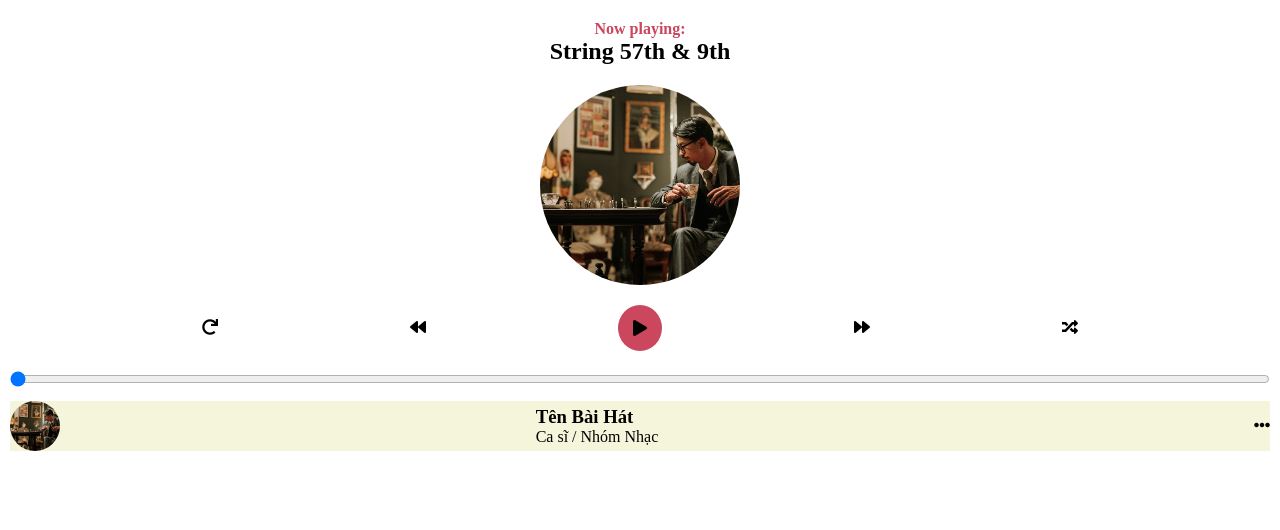
Repository: dovanthao2404/AppMusicPlayer
Page: index.html
An editor plug-in stored every save of this project. The page is shown before and after the next save, followed by the edit.
The browser window is 1280 px wide. The pictures show the whole page.

Above is the page before, as saved 2021-06-28 02:28:43.

### index.html
<!DOCTYPE html>
<html lang="en">

<head>
  <meta charset="UTF-8">
  <meta http-equiv="X-UA-Compatible" content="IE=edge">
  <meta name="viewport" content="width=device-width, initial-scale=1.0">
  <title>Music</title>
  <!-- FONTAWESOME -->
  <link rel="stylesheet" href="https://cdnjs.cloudflare.com/ajax/libs/font-awesome/5.15.3/css/all.min.css"
    integrity="sha512-iBBXm8fW90+nuLcSKlbmrPcLa0OT92xO1BIsZ+ywDWZCvqsWgccV3gFoRBv0z+8dLJgyAHIhR35VZc2oM/gI1w=="
    crossorigin="anonymous" referrerpolicy="no-referrer" />
  <!-- MAIN CSS -->
  <link rel="stylesheet" href="./css/app.css">
</head>

<body>
  <div class="player">
    <div class="dashboards">
      <!-- HEADER -->
      <header>
        <h4>Now playing:</h4>
        <h2>String 57th & 9th</h2>
      </header>

      <!-- CD -->
      <div id="cd" class="cd">
        <div class="thumb">
          <img src="./img/loinho.jpg" alt="">
        </div>
      </div>

      <!-- CONTROL -->
      <div class="controls" class="controls">
        <div class="btn btn-repeat">
          <i class="fa fa-redo"></i>
        </div>
        <div class="btn btn-prev">
          <i class="fa fa-backward"></i>
        </div>
        <div class="btn btn-toggle-play">
          <i class="fa fa-play"></i>
          <i class="fa fa-pause"></i>
        </div>
        <div class="btn btn-next">
          <i class="fa fa-forward"></i>
        </div>
        <div class="btn btn-random">
          <i class="fa fa-random"></i>
        </div>
      </div>

      <!-- PROGRESS -->
      <input id="progress" class="progress" value="0" step="1" min="0" max="100" type="range">

      <!-- AUDIO -->
      <audio id="audio" src=""></audio>

      <!-- PLAY LIST -->
      <div class="playlist">
        <div class="song">
          <div class="thumb">
            <img src="./img/loinho.jpg" alt="">
          </div>
          <div class="body">
            <h3 class="title">Tên Bài Hát</h3>
            <p class="author">Ca sĩ / Nhóm Nhạc</p>
          </div>
          <div class="option">
            <i class="fa fa-ellipsis-h"></i>
          </div>
        </div>
      </div>
    </div>
  </div>
  <script src="./js/app.js"></script>
</body>

</html>

### css/app.css
/* GLOBAL */
* {
  padding: 0;
  margin: 0;
  box-sizing: border-box;
}
/* PLAYER */
.dashboards {
  margin: 0 10px;
}
header {
  text-align: center;
  margin: 20px 0;
}
header h4 {
  color: rgb(202, 71, 93);
}
.cd {
  position: relative;
}
.cd .thumb {
  width: 200px;
  height: 200px;
  position: absolute;
  top: 50%;
  left: 50%;
  transform: translate(-50%);
}
.cd .thumb img {
  border-radius: 50%;
  width: 100%;
  height: 100%;
  object-fit: cover;
}
.controls {
  display: flex;
  justify-content: space-evenly;
  align-items: center;
  margin-top: 240px;
  margin-bottom: 20px;
}
.btn-toggle-play .fa {
  padding: 15px;
  border-radius: 50%;
  background-color: rgb(202, 71, 93);
}
.controls .fa-pause {
  display: none;
}
.progress {
  width: 100%;
}
.song {
  margin: 10px 0;
  background-color: beige;
  display: flex;
  align-items: center;
  justify-content: space-between;
}
.song .thumb {
  width: 50px;
  height: 50px;
}
.song .thumb img {
  width: 100%;
  height: 100%;
  border-radius: 50%;
  object-fit: cover;
}
.song .body {
  margin-left: -120px;
}

Loaded but not shown: js/app.js (no stored copy; drawn as an empty file)

After the next save:
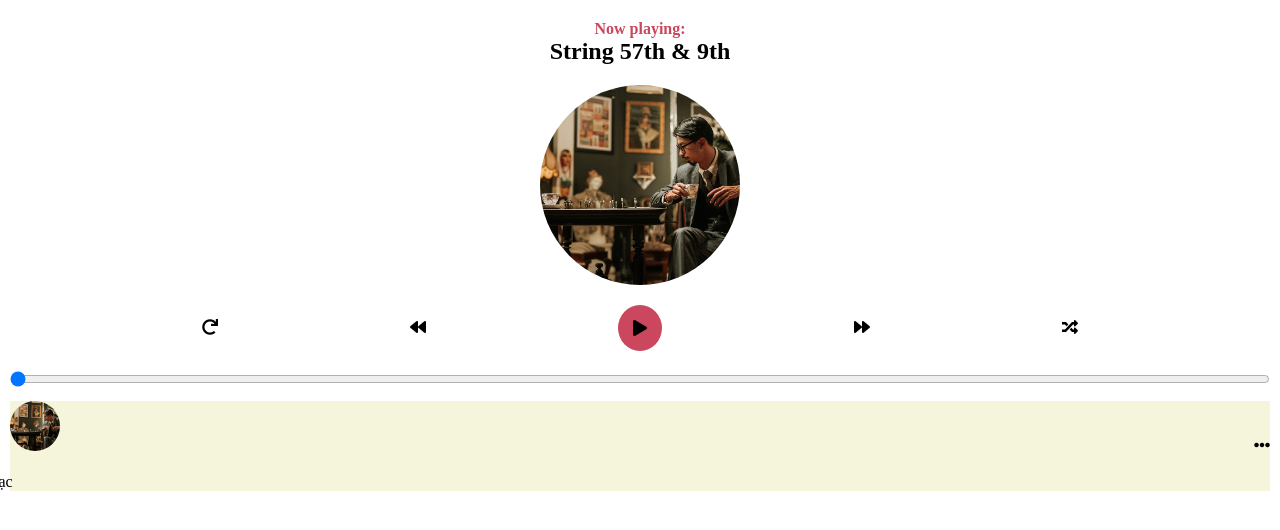
Saved 21 s later.
--- a/index.html
+++ b/index.html
@@ -59,12 +59,14 @@
       <!-- PLAY LIST -->
       <div class="playlist">
         <div class="song">
-          <div class="thumb">
-            <img src="./img/loinho.jpg" alt="">
-          </div>
-          <div class="body">
-            <h3 class="title">Tên Bài Hát</h3>
-            <p class="author">Ca sĩ / Nhóm Nhạc</p>
+          <div>
+            <div class="thumb">
+              <img src="./img/loinho.jpg" alt="">
+            </div>
+            <div class="body">
+              <h3 class="title">Tên Bài Hát</h3>
+              <p class="author">Ca sĩ / Nhóm Nhạc</p>
+            </div>
           </div>
           <div class="option">
             <i class="fa fa-ellipsis-h"></i>
